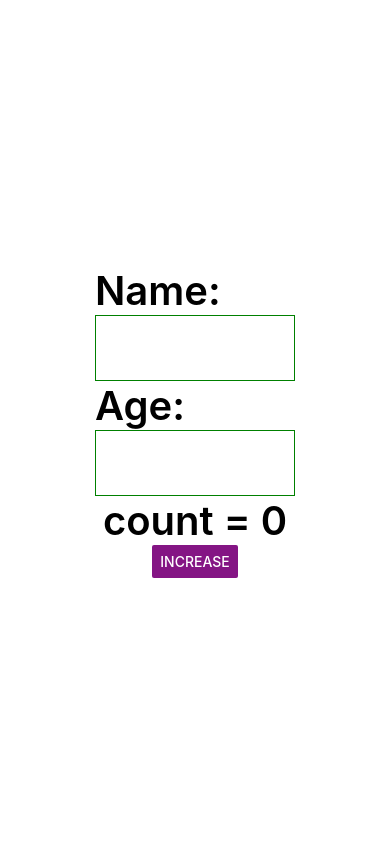
Repository: Ducbii4202/React-Native
Screen: /
These files come from the project's save history. The screen is drawn as it stood at one moment and after the next save; the edit follows.
The app was drawn by React Native's web renderer in a window 390 px wide. The project was rebuilt for these pictures with package versions that can differ from the ones it lists, and the page was loaded fresh each time.

Above is the screen before, as saved 2024-09-14 02:05:51.

### App.tsx

import { useState } from 'react';
import { Button, StyleSheet, Text, TextInput, View } from 'react-native';

export default function App() {
  const [count, setCount] = useState(0);
  const [name, setName] = useState("");
  const [age, setAge]= useState("");

  return (
    <View style={styles.container}>
      <View>
        <Text style={{ fontSize: 40, fontWeight: "600" }}>
          Name: {name}</Text>
      <TextInput style={styles.input}
        multiline
        onChangeText={(value) => setName(value)}
      />
      </View>

      <View>
        <Text style={{ fontSize: 40, fontWeight: "600" }}>
          Age: {age}</Text>
      <TextInput style={styles.input}
        multiline
        onChangeText={(value) => setAge(value)}
      />
      </View>

      <Text style={{fontSize:40, fontWeight:"600"}}>
      count = {count}
      </Text>
      <View>
        <Button color="#841584"
          title='Increase'
          onPress={() => setCount(count + 1)} />
      </View>
    </View>
  );
}


//css in js
const styles = StyleSheet.create({
  container: {
    flex: 1,
    backgroundColor: '#fff',
    alignItems: 'center',
    justifyContent: 'center',
  },
  hello1: {
    color: "violet",
    borderColor: "pink",
    borderWidth: 1,
    fontSize: 30,
    padding:10,
  },
  header: {
    fontSize: 30,
    fontWeight:"600",
  },
  input: {
    borderColor: "green",
          borderWidth: 1,
          width: 200,
          padding: 15,
  }
});

After the next save:
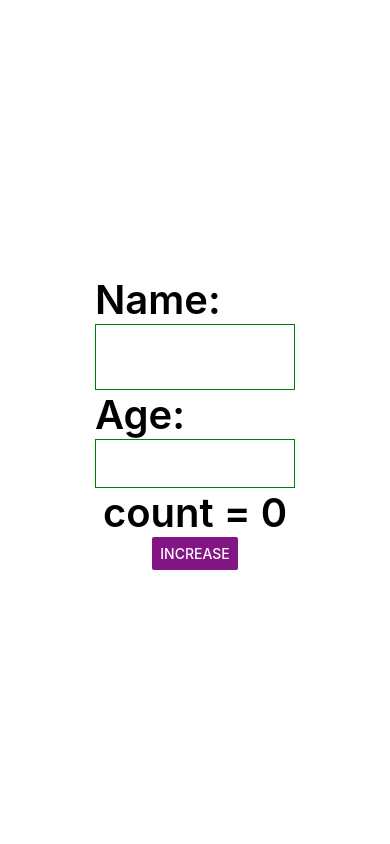
Saved 12 s later.
--- a/App.tsx
+++ b/App.tsx
@@ -22,7 +22,6 @@ export default function App() {
         <Text style={{ fontSize: 40, fontWeight: "600" }}>
           Age: {age}</Text>
       <TextInput style={styles.input}
-        multiline
         onChangeText={(value) => setAge(value)}
       />
       </View>
